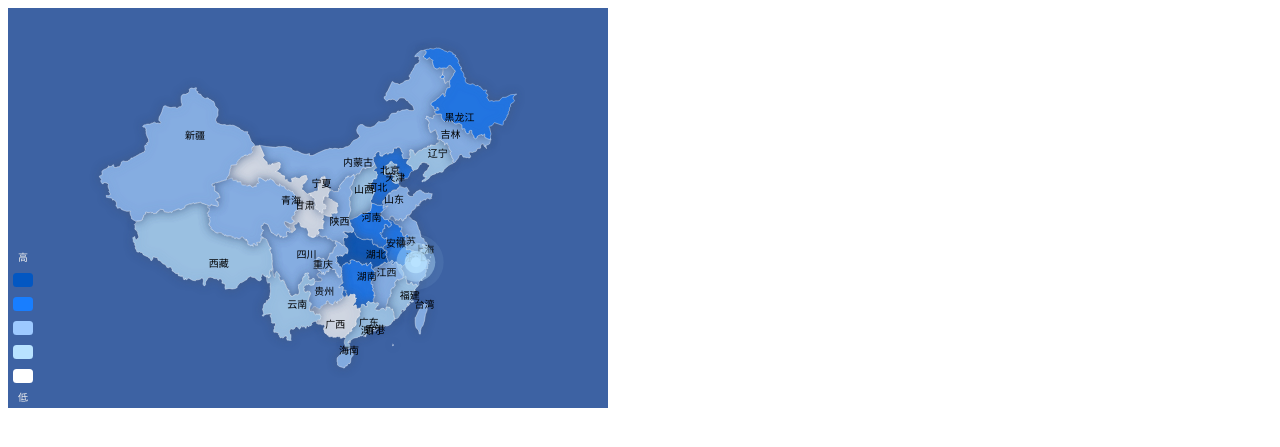
Repository: 572031690/echartssimple
Page: 21.地图常见效果_地图和散点图结合.html
These files come from the project's save history. The page is drawn as it stood at one moment and after the next save; the edit follows.
The browser window is 1280 px wide. The pictures show the whole page.

Above is the page before, as saved 2021-08-11 12:22:04.

### 21.地图常见效果_地图和散点图结合.html
<!DOCTYPE html>
<html lang="en">

<head>
  <meta charset="UTF-8">
  <meta name="viewport" content="width=device-width, initial-scale=1.0">
  <meta http-equiv="X-UA-Compatible" content="ie=edge">
  <title>Document</title>
  <script src="lib/echarts.min.js"></script>
  <script src="lib/jquery.min.js"></script>
</head>

<body>
  <div style="width: 600px;height:400px;background-color:#3D62A3;"></div>

  <script>
    //1. 给series下增加一个新的对象
    //2. 准备数据散点数据  , 配置给series下的另外一个对象
    //3. 配置series下的新对象的type值为effectScatter
    //4. 指明散点图的坐标系统为geo
    //5. 调整涟漪动画效果
    var airData = [
      { name: '北京', value: 39.92 },
      { name: '天津', value: 39.13 },
      { name: '上海', value: 31.22 },
      { name: '重庆', value: 66 },
      { name: '河北', value: 147 },
      { name: '河南', value: 113 },
      { name: '云南', value: 25.04 },
      { name: '辽宁', value: 50 },
      { name: '黑龙江', value: 114 },
      { name: '湖南', value: 175 },
      { name: '安徽', value: 117 },
      { name: '山东', value: 92 },
      { name: '新疆', value: 84 },
      { name: '江苏', value: 67 },
      { name: '浙江', value: 84 },
      { name: '江西', value: 96 },
      { name: '湖北', value: 273 },
      { name: '广西', value: 0 },
      { name: '甘肃', value: 0 },
      { name: '山西', value: 39 },
      { name: '内蒙古', value: 58 },
      { name: '陕西', value: 61 },
      { name: '吉林', value: 51 },
      { name: '福建', value: 29 },
      { name: '贵州', value: 71 },
      { name: '广东', value: 38 },
      { name: '青海', value: 57 },
      { name: '西藏', value: 24 },
      { name: '四川', value: 58 },
      { name: '宁夏', value: 0 },
      { name: '海南', value: 54 },
      { name: '台湾', value: 88 },
      { name: '香港', value: 66 },
      { name: '澳门', value: 77 },
      { name: '南海诸岛', value: 55 }
    ]
    var scatterData = [
      {
        value: [120.213042, 29.86119]
      }
    ]
    var mCharts = echarts.init(document.querySelector("div"))
    $.get('json/map/china.json', function (ret) {
      // ret 就是中国的各个省份的矢量地图数据
      console.log(ret)
      echarts.registerMap('chinaMap', ret)
      var option = {
        geo: {
          type: 'map',
          map: 'chinaMap', // chinaMap需要和registerMap中的第一个参数保持一致
          roam: true, // 设置允许缩放以及拖动的效果
          label: {
            show: true, // 展示标签
            textStyle: {
              fontSize: 10
            }
          },
          itemStyle: {
            normal: {
              areaColor: '#416cbb',//地图区域的颜色。
              borderColor: '#fff',//图形的描边颜色。支持的颜色格式同 color，不支持回调函数。
              shadowColor: '#41587f',//阴影颜色。#41587f
              shadowBlur: 10,//图形阴影的模糊大小。
              opacity: 0.75//图形透明度
            },
            emphasis: {
              areaColor: '#fdd145'
            }
          }
        },
        series: [
          {
            data: airData,
            geoIndex: 0, // 将空气质量的数据和第0个geo配置关联在一起
            type: 'map'
          },
          {
            data: scatterData, // 配置散点的坐标数据
            type: 'effectScatter',
            coordinateSystem: 'geo', // 指明散点使用的坐标系统  geo的坐标系统
            rippleEffect: {
              scale: 6 // 设置涟漪动画的缩放比例
            }
          }
        ],
        visualMap: {
          min: 0,
          max: 300,
          text: ['高', '低'],//两端的文本，如 ['High', 'Low']

          //
          indicatorStyle: {
            borderColor:'red',
            borderWidth: 1,
          },
          textStyle: {//设置文字颜色（Demo左下组件）
            color: '#eee',
            fontSize:10
          },
          // inRange: {
          //   color: ['#B8E2FF','#9DC9FF','#6CADFF','#187EFF', '#0357C2'] // 控制颜色渐变的范围
          // },

          pieces: [
          // 自定义『分段式视觉映射组件（visualMapPiecewise）』的每一段的范围，以及每一段的文字，以及每一段的特别的样式
            { gt: 200, lte: 300, label: "10000~100000", color: "#0357C2" }, // (500, 900]
            { gt: 100, lte: 200, label: "1000~10000", color: "#187EFF" }, // (310, 500]
            { gt: 50, lte: 100, label: "10~1000", color: "#9DC9FF" }, // (200, 300]
            { gt: 0, lte: 50, label: "0~10人", color: "#B8E2FF" }, // (10, 200]
            { value:0, label: "无数据", color: "#fff" } // [0]
          ],

          // calculable: true // 出现滑块
        }
      }
      mCharts.setOption(option)
    })

  </script>
</body>

</html>

Loaded but not shown: lib/echarts.min.js (library); lib/jquery.min.js (library); json/map/china.json (common file)

After the next save:
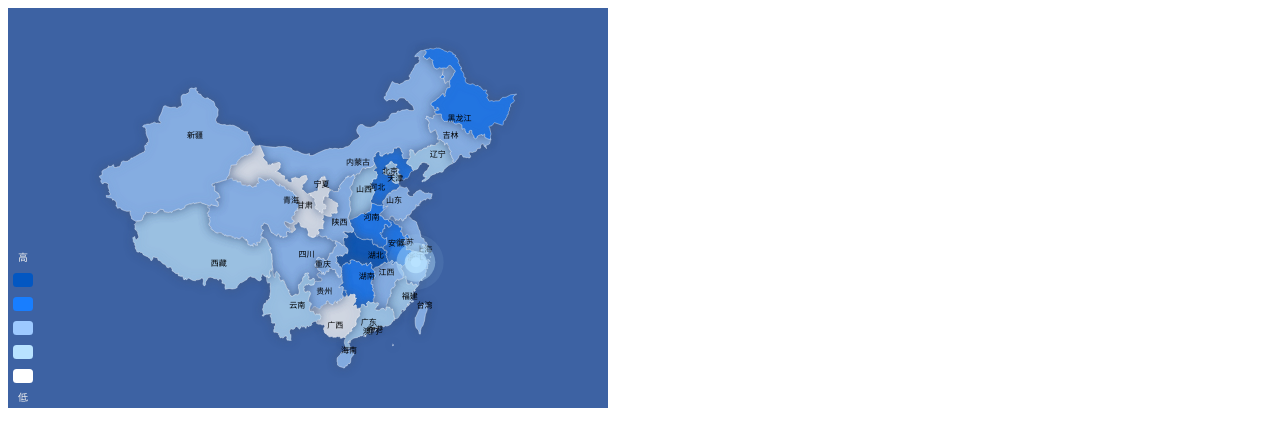
Saved 12 s later.
--- a/21.地图常见效果_地图和散点图结合.html
+++ b/21.地图常见效果_地图和散点图结合.html
@@ -74,7 +74,7 @@
           label: {
             show: true, // 展示标签
             textStyle: {
-              fontSize: 10
+              fontSize: 8
             }
           },
           itemStyle: {
